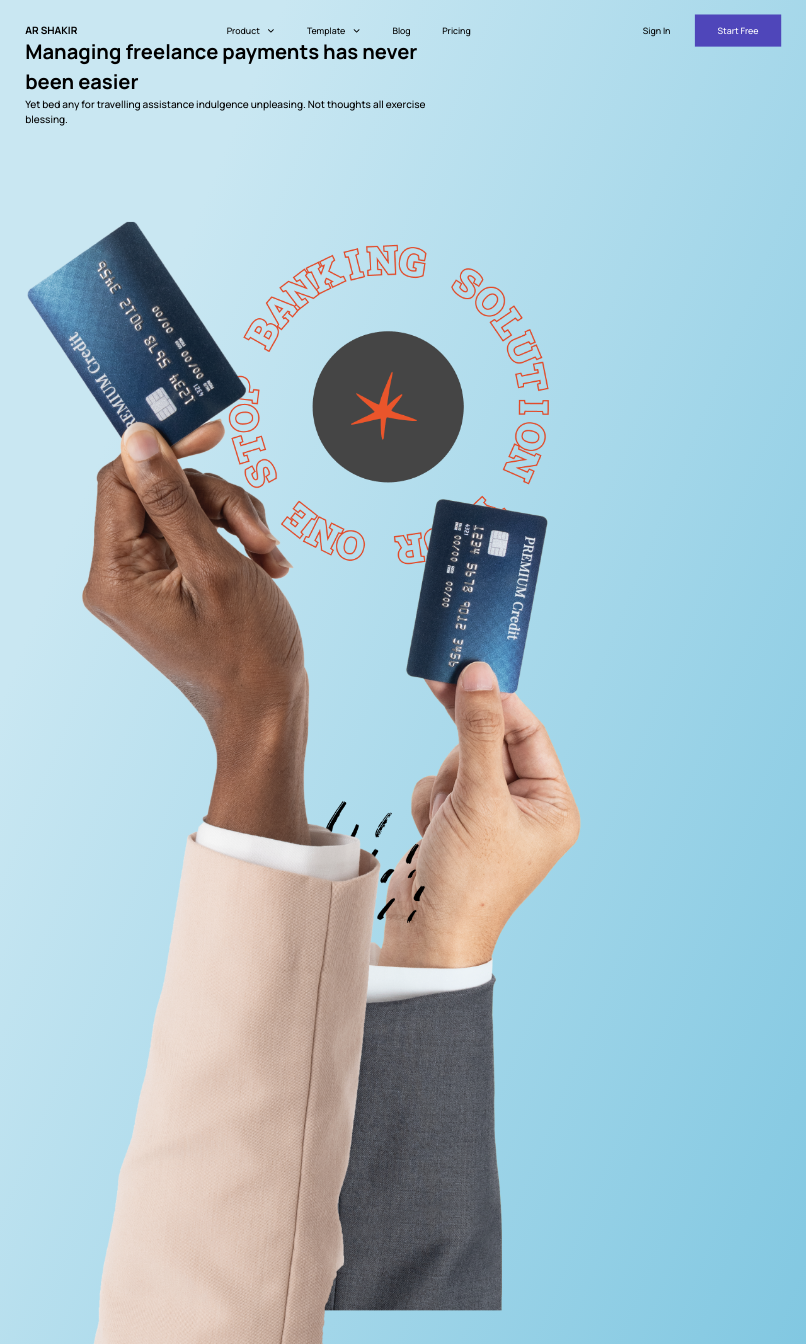
Repository: duongdori/ARShakir
Page: index.html
An editor plug-in stored every save of this project. The page is shown before and after the next save, followed by the edit.
The browser window is 1280 px wide. The pictures show the whole page, at 63% of full size.

Above is the page before, as saved 2022-04-01 23:04:43.

### index.html
<!DOCTYPE html>
<html lang="en">
<head>
    <meta charset="UTF-8">
    <meta http-equiv="X-UA-Compatible" content="IE=edge">
    <meta name="viewport" content="width=device-width, initial-scale=1.0">
    <title>Document</title>
    <link rel="preconnect" href="https://fonts.googleapis.com">
    <link rel="preconnect" href="https://fonts.gstatic.com" crossorigin>
    <link href="https://fonts.googleapis.com/css2?family=Manrope:wght@400;500;600;700;800&display=swap" rel="stylesheet">

    <link rel="stylesheet" href="./assets/css/main.css">
</head>
<body>
    <div class="wrapper">
        <header class="header">
            <div class="header-top">
                <div class="container">
                    <div class="header-logo">AR Shakir</div>
                    <ul class="header-menu">
                        <li class="header-menu-item">
                            <a href="#" class="header-menu-item-link">Product</a>
                            <a href="#" class="header-menu-item-icon">
                                <ion-icon name="ios-arrow-down"></ion-icon>
                            </a>
                        </li>
                        <li class="header-menu-item">
                            <a href="#" class="header-menu-item-link">Template</a>
                            <a href="#" class="header-menu-item-icon">
                                <ion-icon name="ios-arrow-down"></ion-icon>
                            </a>
                        </li>
                        <li class="header-menu-item">
                            <a href="#" class="header-menu-item-link">Blog</a>
                        </li>
                        <li class="header-menu-item">
                            <a href="#" class="header-menu-item-link">Pricing</a>
                        </li>
                    </ul>
                    <div class="header-login">
                        <a href="#" class="header-login-signin">Sign In</a>
                        <a href="#" class="header-login-startfree">Start Free</a>
                    </div>
                </div>
            </div>
            <div class="container">
                <div class="header-main">
                    <div class="header-content">
                        <h1 class="header-content-heading">
                            Managing freelance payments has never been easier
                        </h1>
                        <p class="header-content-desc">
                            Yet bed any for travelling assistance indulgence unpleasing. Not thoughts all exercise blessing.
                        </p>
                    </div>
                    <img src="./assets/images/img1.png" alt="">
                </div>
            </div>
        </header>
    </div>
</body>
<script  src = "https://unpkg.com/ionicons@4.5.10-0/dist/ionicons.js" > </script >
</html>

### assets/css/main.css
*, *::before, *::after {
  box-sizing: border-box;
}
* {
  margin: 0;
}

html, body {
  height: 100%;
}
body {
  line-height: 1.5;
  -webkit-font-smoothing: antialiased;
  -webkit-tap-highlight-color: rgba(0,0,0,0);
}

img, picture, video, canvas, svg {
  display: block;
  max-width: 100%;
}
input, button, textarea, select {
  font: inherit;
  outline: none;
  border: none;
}
p, h1, h2, h3, h4, h5, h6 {
  overflow-wrap: break-word;
}

:root {
    --primary-font: "Manrope";
    --primary-text-color: #000;
}
body {
    font-family: var(--primary-font);
    font-weight: 500;
}

.wrapper {
    max-width: 1440px;
    margin: 0 auto;
}

.container {
    max-width: 1200px;
    margin: 0 auto;
}

.header{
    background: linear-gradient(292.12deg, #62BADA -35.02%, #C9E7F2 78.96%);
}

.header-top{
    padding-top: 38px;
}

.header-top .container {
    display:flex;
    justify-content: space-between;
    align-items: center;
}

.header-logo{
    font-weight: 700;
    font-style: 20px;
    line-height: calc(25 / 20);
    text-transform: uppercase;
    color: var(--primary-text-color);
}

.header-menu{
    display:flex;
    align-items: center;
    list-style: none;
    font-weight: 500;
    font-size: 14px;
    line-height: calc(19 / 14);
    padding: 0;
    margin-left: -50px;

}

.header-menu-item{
    margin-left: 50px;
}

.header-menu-item-link{
    color: var(--primary-text-color);
    text-decoration: none;

}

.header-menu-item-icon {
    color: var(--primary-text-color);
    margin-left: 8px;
    display: inline;
    top: 2px;
    position: relative;
}

.header-login{
    font-size: 14px;
    line-height: calc(19 / 14);
}

.header-login-signin{
    color: var(--primary-text-color);
    text-decoration: none;
    padding: 16px 36px;

}

.header-login-startfree{
    color: #fff;
    text-decoration: none;
    background-color: #4F46BA;
    padding: 16px 36px;

}


.header-main {

}

.header-content {
    max-width: 646px;
    width: 100%;
}

After the next save:
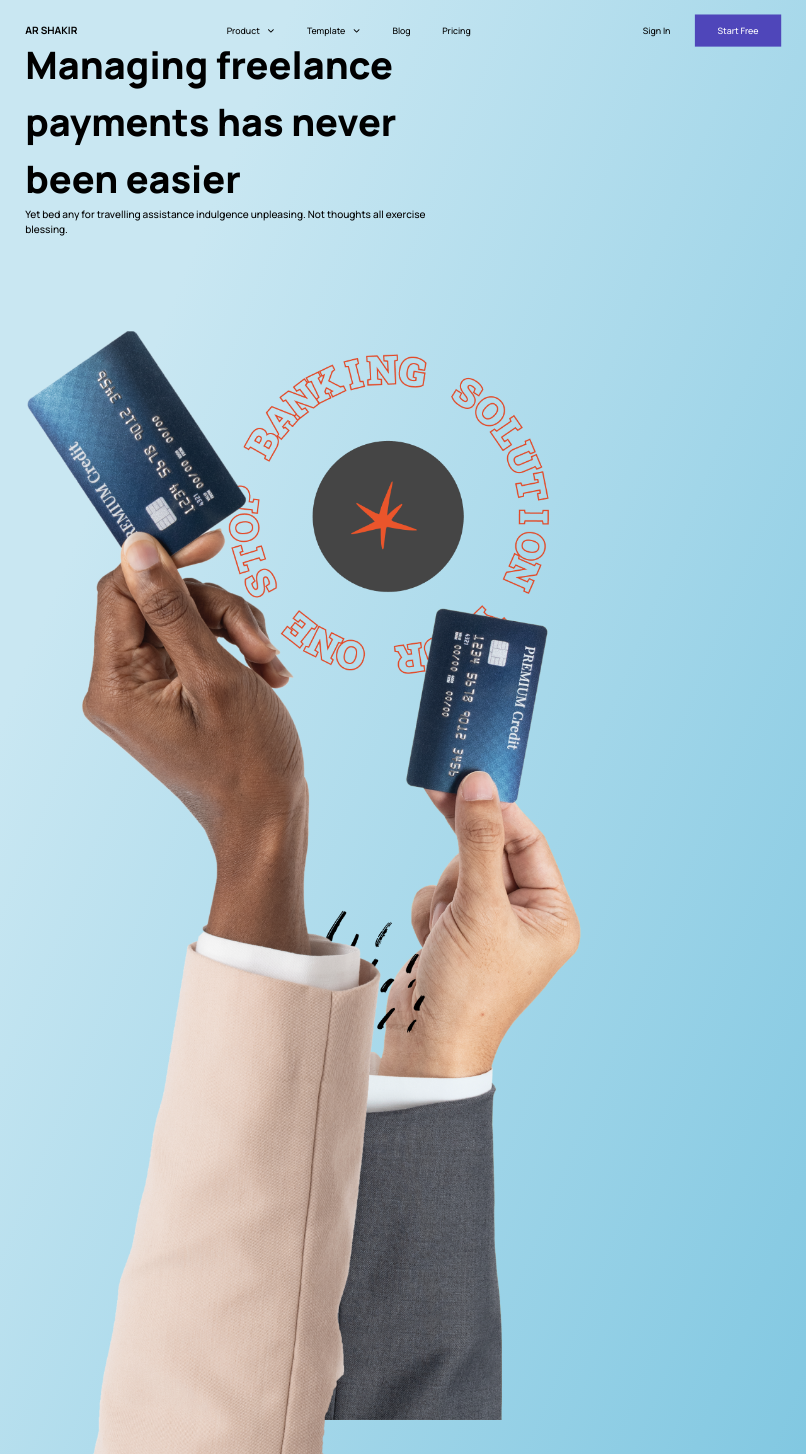
Saved 106 s later.
--- a/assets/css/main.css
+++ b/assets/css/main.css
@@ -127,3 +127,8 @@ body {
     max-width: 646px;
     width: 100%;
 }
+
+.header-content-heading {
+    font-size: 60px;
+    font-weight: 800;
+}
